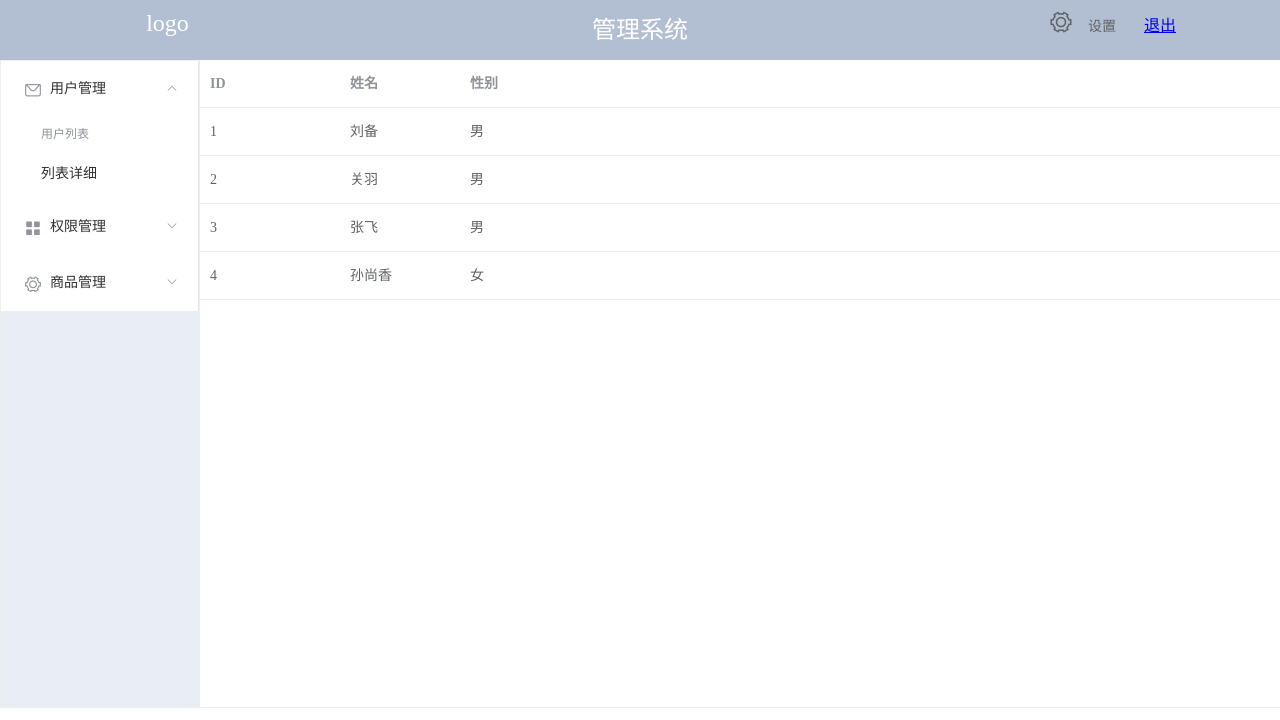
Repository: euphor1azzy/testlist
Page: /#/users (app in list/)
These files come from the project's save history. The page is drawn as it stood at one moment and after the next save; the edit follows.
The browser window is 1280 px wide. The pictures show the whole page.
The project was rebuilt for these pictures with package versions that can differ from the ones it lists, and the page was loaded fresh each time. Requests to the local data server were answered from the project's data file. Also part of the build but not shown: list/src/views/login/login.vue, list/src/components/users/users.vue.

Above is the page before, as saved 2020-08-25 10:22:14.

After the next save:
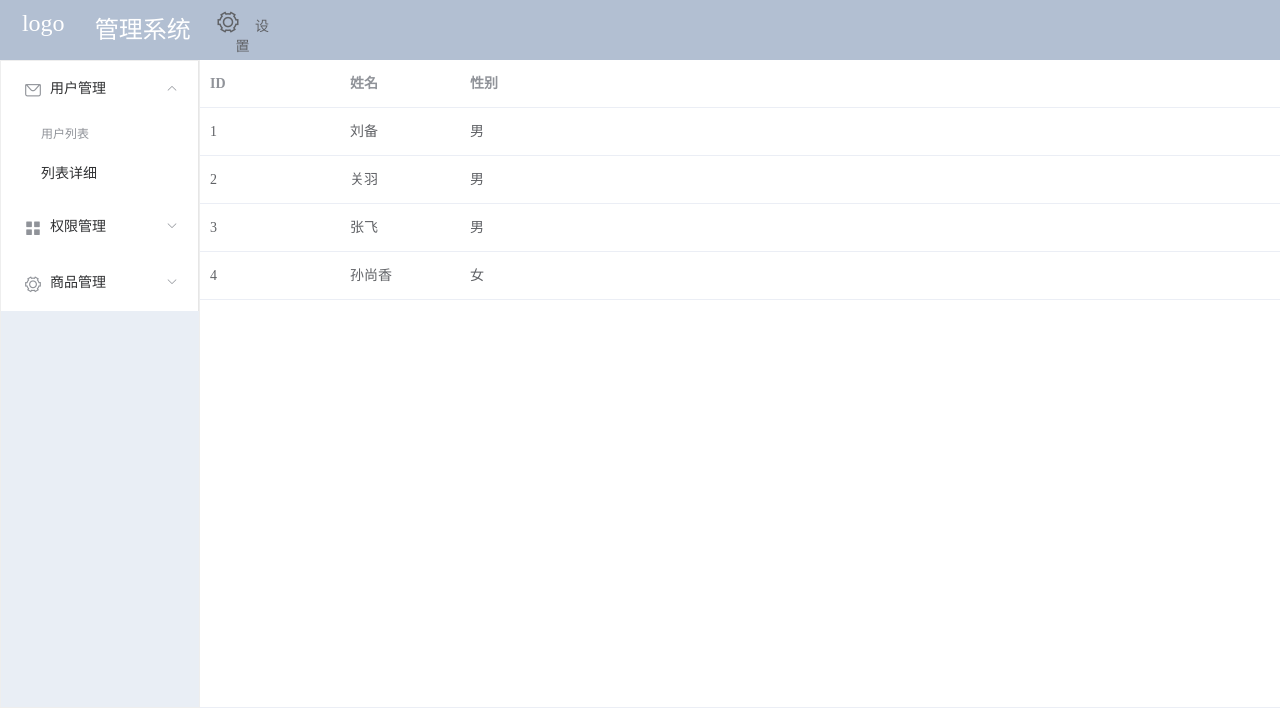
Saved 67 s later.
--- a/list/src/components/common/appnav.vue
+++ b/list/src/components/common/appnav.vue
@@ -18,7 +18,7 @@
             </el-dropdown-menu>
           </el-dropdown>
 
-          <router-link to="/login" style="decoration:none; padding-left:28px;font-size:16px">退出</router-link>
+          <router-link to="/login" style=" padding-left:28px;font-size:16px">退出</router-link>
         </div>
       </el-col>
     </el-row>
@@ -33,6 +33,7 @@ export default {
 
 <style scoped>
 .nav {
+  display: flex;
   padding: 10px;
   text-align: center;
   font-size: 24px;
